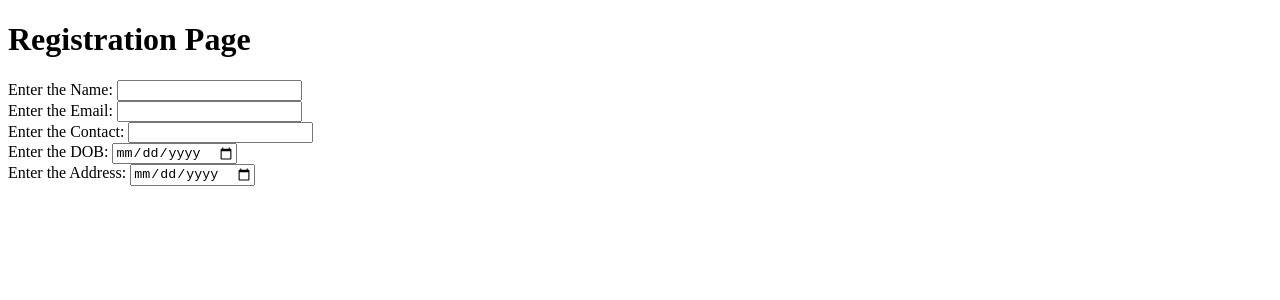
Repository: Pradeep4802/utopiatech
Page: eclipse-workspace/OwnServlet/src/main/webapp/Home.html
These files come from the project's save history. The page is drawn as it stood at one moment and after the next save; the edit follows.
The browser window is 1280 px wide. The pictures show the whole page.

Above is the page before, as saved 2023-10-09 08:55:47.

### eclipse-workspace/OwnServlet/src/main/webapp/Home.html
<!DOCTYPE html>
<html>
<head>
<meta charset="UTF-8">
<title>Form</title>
</head>
<body>
	<div>
		<h1>Registration Page</h1>
		<form action="" method="get">

			<label for="user_name">Enter the Name: <input type="text"
				name="user_name" /></label><br>
			<label for="user_email">Enter the Email: <input type="email"
				name="user_email" /></label><br>
			<label for="user_contact">Enter the Contact: <input type="number"
				name="user_contact" /></label><br>
			<label for="user_dob">Enter the DOB: <input type="date"
				name="user_dob" /></label><br>
			<label for="user_dob">Enter the Address: <input type="date"
				name="user_dob" /></label>

		</form>
	</div>
</body>
</html>

After the next save:
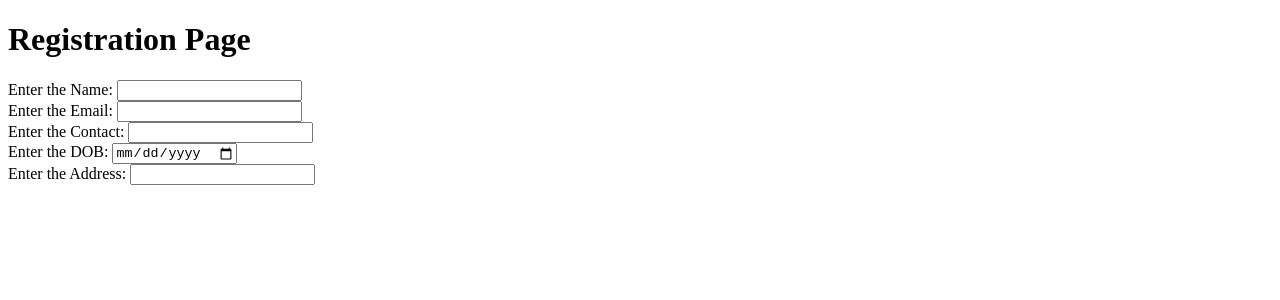
Saved 6 s later.
--- a/eclipse-workspace/OwnServlet/src/main/webapp/Home.html
+++ b/eclipse-workspace/OwnServlet/src/main/webapp/Home.html
@@ -17,7 +17,7 @@
 				name="user_contact" /></label><br>
 			<label for="user_dob">Enter the DOB: <input type="date"
 				name="user_dob" /></label><br>
-			<label for="user_dob">Enter the Address: <input type="date"
+			<label for="user_dob">Enter the Address: <input type="text"
 				name="user_dob" /></label>
 
 		</form>
